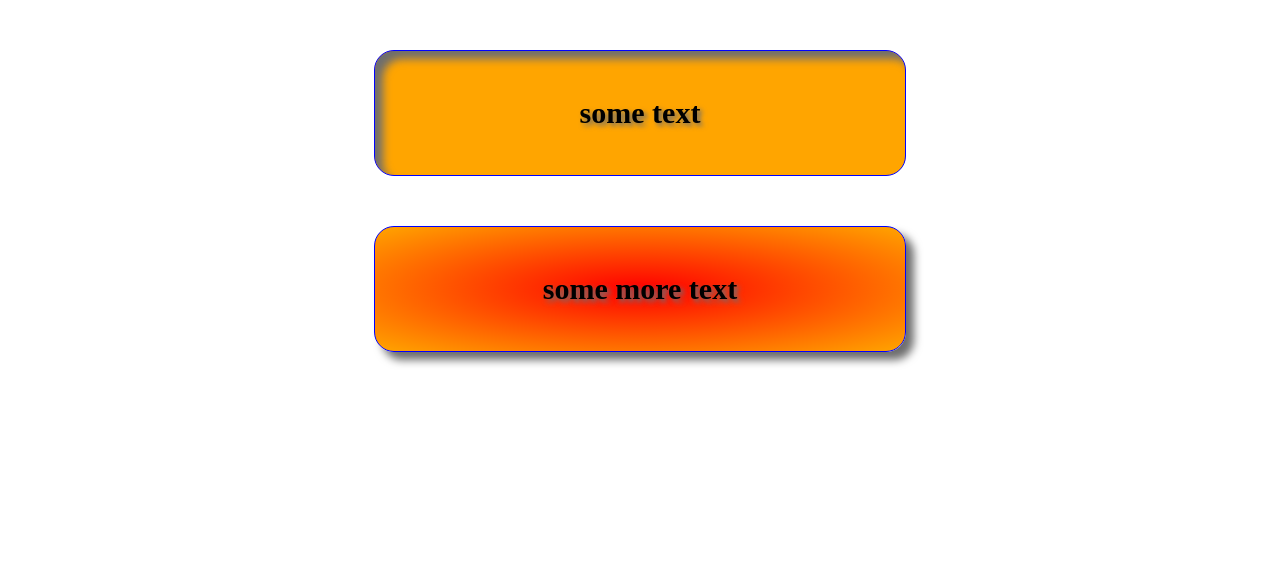
Repository: jksfoTemp/HTML5
Page: default.8.html
The author's editor kept a record of every edit. The page is drawn from the files as they stood at one moment, then again after the next edit.
The browser window is 1280 px wide. The pictures show the whole page.

Above is the page before.

After the next edit:
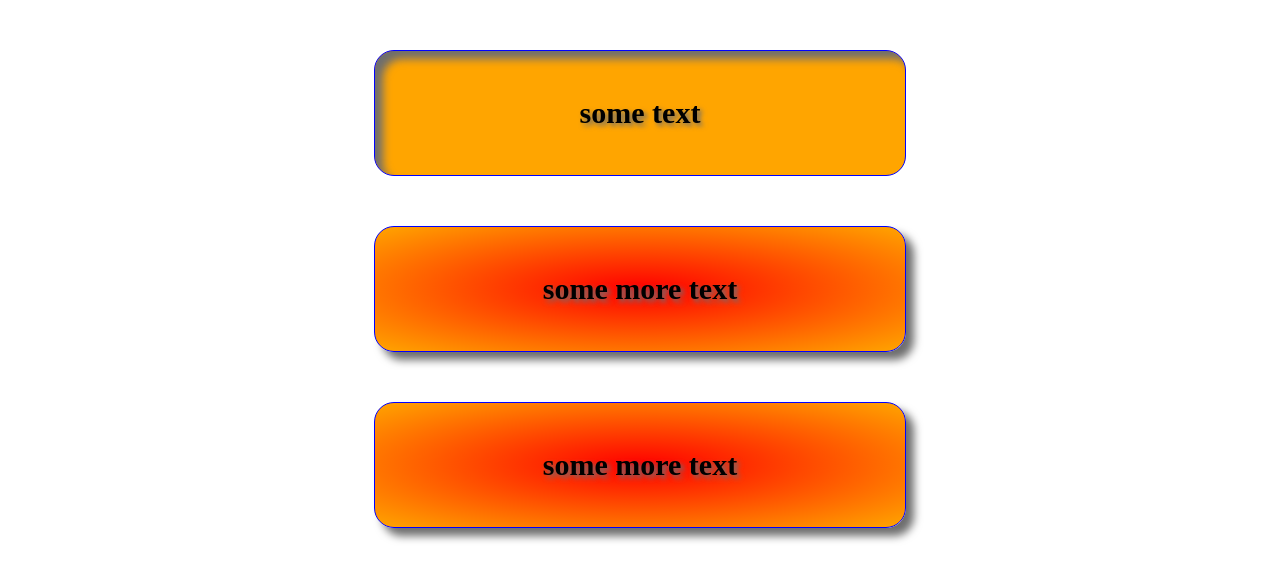
The edit:
--- a/default.8.html
+++ b/default.8.html
@@ -15,7 +15,7 @@
             <p id="text">some more text</p>
         </div>
 
-
-
-
+        <div id="box2">
+            <p id="text">some more text</p>
+        </div>
 </html>
